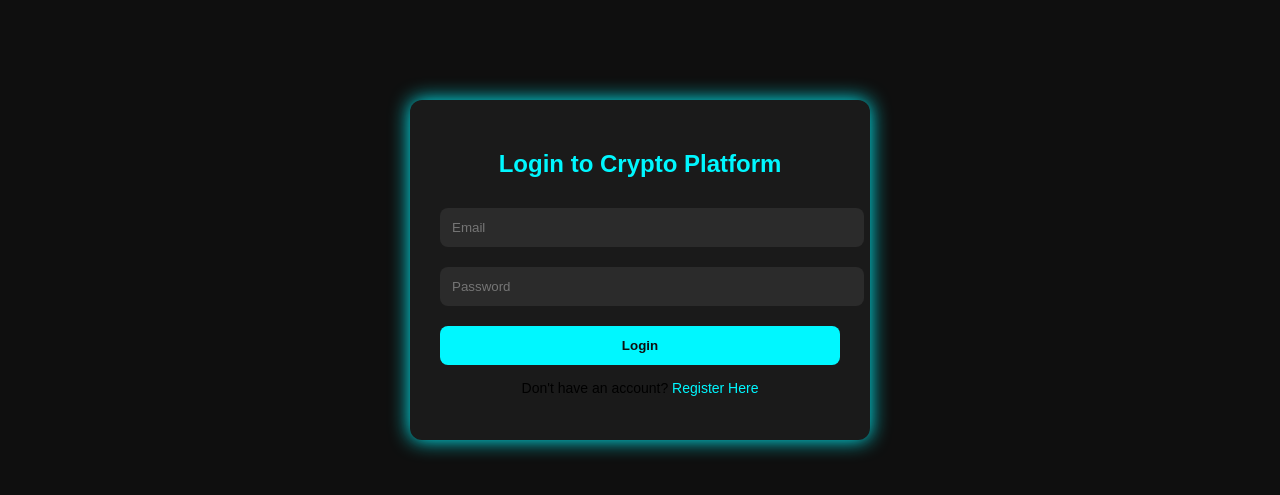
Repository: fredericIT/cypto
Page: http://localhost/auth/login?next=%2Fdash%2F
An editor plug-in stored every save of this project. The page is shown before and after the next save, followed by the edit.
The browser window is 1280 px wide. The pictures show the whole page.
The page is served by the project's application, run on Flask 3 (app.py). Other server files are loaded and not shown.

Above is the page before, as saved 2025-04-23 21:04:51.

### templates/login.html
<!DOCTYPE html>
<html lang="en">
<head>
    <meta charset="UTF-8">
    <meta name="viewport" content="width=device-width, initial-scale=1.0">
    <title>Crypto Platform - Login</title>
    <link rel="stylesheet" href="{{ url_for('static', filename='css/style.css') }}">
</head>
<body class="bg-dark text-light">
    <div class="login-container">
        <h2 class="title">Login to Crypto Platform</h2>
         <!-- FLASH MESSAGES -->
         {% with messages = get_flashed_messages(with_categories=true) %}
         {% if messages %}
           <div class="flash-messages">
             {% for category, message in messages %}
               <div class="alert alert-{{ category }}">
                 {{ message }}
               </div>
             {% endfor %}
           </div>
         {% endif %}
       {% endwith %}
        <form method="POST" class="login-form">
            <input type="email" name="email" placeholder="Email" required>
            <input type="password" name="password" placeholder="Password" required>
            <button type="submit">Login</button>
        </form>
        <p class="register-link">Don't have an account? <a href="{{ url_for('auth.register') }}">Register Here</a></p>
    </div>
</body>
</html>

### blueprints/auth.py
from flask import Blueprint, redirect,url_for,render_template, request, session,flash
from db.models import User,Account,BNBWallet,BTCWallet,USDTWallet, ETHWallet

from db import db
from  error_handler.db import handle_sqlalchemy_error
from flask_login import login_user, logout_user, login_required, current_user
import bcrypt
from generators.wallet_address import *
from app_types import *

auth_bprt= Blueprint("auth",__name__, url_prefix="/auth")


@auth_bprt.route("/", methods=["GET", "POST"])
def auth():
   return redirect(url_for('auth.login'))

@auth_bprt.route("/register",methods=["GET","POST"])
@handle_sqlalchemy_error(redirect_url="auth.register")
def register():
    if request.method == 'POST':
        hashed_pwd=bcrypt.hashpw(request.form['password'].encode(), bcrypt.gensalt()).decode()
        user = User(
            full_name=request.form['full_name'],
            email=request.form["email"],
            password = hashed_pwd,
            withdraw_password = request.form['withdraw_password']
        )
        db.session.add(user)
        db.session.flush()

        account = Account(user_id=user.id, account_status='active', ETH=100, BTC=100, BNB=100, USDT=100)
        btc_d_address, btc_d_private_key = generate_btc_address()
        btc_w_address, btc_w_private_key = generate_btc_address()
        eth_d_address, eth_d_private_key = generate_eth_address()
        eth_w_address, eth_w_private_key = generate_eth_address()
        bnb_d_address, bnb_d_private_key = generate_bnb_address()
        bnb_w_address, bnb_w_private_key = generate_bnb_address()
        tron_d_usdt_address, tron_d_private_key = generate_tron_address()
        tron_w_usdt_address, tron_w_private_key = generate_tron_address()

        BTC_address = BTCWallet(
            user_id=user.id,
            deposit=btc_d_address,
            withdraw=btc_w_address,
            deposit_key=btc_d_private_key,
            withdraw_key=btc_w_private_key
        )

        BNB_address = BNBWallet(
            user_id=user.id,
            deposit=bnb_d_address,
            withdraw=bnb_w_address,
            deposit_key=bnb_d_private_key,
            withdraw_key=bnb_w_private_key
        )

        USDT_address = USDTWallet(
            user_id=user.id,
            deposit=tron_d_usdt_address,
            withdraw=tron_w_usdt_address,
            deposit_key=tron_d_private_key,
            withdraw_key=tron_w_private_key
        )

        ETH_address = ETHWallet(
            user_id=user.id,
            deposit=eth_d_address,
            withdraw=eth_w_address,
            deposit_key=eth_d_private_key,
            withdraw_key=eth_w_private_key
        )

        db.session.add_all([account,BTC_address, BNB_address, USDT_address, ETH_address])
        db.session.commit()


        flash('Account creation done successfully!', 'success')
        return redirect(url_for("auth.login"))
    return render_template('register.html')



@auth_bprt.route("/login", methods=["GET", "POST"])
def login():
    if request.method == 'POST':
        email = request.form['email']
        password = request.form['password']
        user = User.query.filter_by(email=email).first()

        if user and bcrypt.checkpw(password.encode(), user.password.encode()):
            login_user(user)
            flash('Logged in successfully.', 'success')
            next_page = request.args.get('next')
            if next_page:
                return redirect(next_page)
            else:
                return redirect(url_for('dash.dashboard'))
        else:
            flash('Invalid credentials.', 'danger')

    return render_template('login.html')




@auth_bprt.route('/logout')
def logout():
    logout_user()
    flash('You have been logged out.', 'info')
    return redirect(url_for('auth.login'))

### app.py
from flask import Flask, redirect, url_for
from db import db
from blueprints.auth import auth_bprt
from blueprints.dashboard import dash_bprt
from blueprints.account import account_bprt
from blueprints.trading import trading_bprt
from blueprints.user import user_bprt
from blueprints.admin import admin_bprt
from db.models import *
from flask_migrate import Migrate
from flask_login import LoginManager



app = Flask(__name__)
app.config.from_object("config.Config")
db.init_app(app)
migrate = Migrate(app, db)
login_manager = LoginManager()
login_manager.init_app(app)
login_manager.login_view = "auth.login"
login_manager.login_message = "Login Required to access this resource."
login_manager.login_message_category = "warning"
app.register_blueprint(auth_bprt)
app.register_blueprint(dash_bprt)
app.register_blueprint(account_bprt)
app.register_blueprint(trading_bprt)
app.register_blueprint(user_bprt)
app.register_blueprint(admin_bprt)


@login_manager.user_loader
def load_user(user_id):
    return User.query.get(int(user_id))

@app.route('/')
def home():
    return redirect(url_for('auth.login'))

if __name__ == '__main__':
    with app.app_context():
        db.create_all()
    app.run(debug=True)

### static/css/style.css
body.bg-dark {
    background-color: #0f0f0f;
    font-family: 'Poppins', sans-serif;
}

.register-container {
    max-width: 400px;
    margin: 100px auto;
    padding: 30px;
    background: #1a1a1a;
    border-radius: 12px;
    box-shadow: 0 0 20px #00f7ff;
}

.title {
    text-align: center;
    margin-bottom: 20px;
    color: #00f7ff;
}

.register-form input {
    width: 100%;
    padding: 12px;
    margin: 10px 0;
    background: #2b2b2b;
    border: none;
    border-radius: 8px;
    color: #fff;
}

.register-form button {
    width: 100%;
    padding: 12px;
    background: #00f7ff;
    color: #0f0f0f;
    font-weight: bold;
    border: none;
    border-radius: 8px;
    margin-top: 10px;
    cursor: pointer;
}

.register-form button:hover {
    background: #00d1d1;
}

.login-link {
    text-align: center;
    margin-top: 15px;
    font-size: 14px;
}

.login-link a {
    color: #00f7ff;
    text-decoration: none;
}

.login-container {
    max-width: 400px;
    margin: 100px auto;
    padding: 30px;
    background: #1a1a1a;
    border-radius: 12px;
    box-shadow: 0 0 20px #00f7ff;
}

.login-form input {
    width: 100%;
    padding: 12px;
    margin: 10px 0;
    background: #2b2b2b;
    border: none;
    border-radius: 8px;
    color: #fff;
}

.login-form button {
    width: 100%;
    padding: 12px;
    background: #00f7ff;
    color: #0f0f0f;
    font-weight: bold;
    border: none;
    border-radius: 8px;
    margin-top: 10px;
    cursor: pointer;
}

.login-form button:hover {
    background: #00d1d1;
}

.register-link {
    text-align: center;
    margin-top: 15px;
    font-size: 14px;
}

.register-link a {
    color: #00f7ff;
    text-decoration: none;
}
  /* Flash message styles */
  .flash-messages {
    margin-bottom: 20px;
}

.alert {
    padding: 12px 20px;
    border-radius: 5px;
    margin-bottom: 10px;
    font-weight: bold;
}

.alert-success {
    background-color: #28a745;
    color: white;
}

.alert-danger {
    background-color: #dc3545;
    color: white;
}

.alert-warning {
    background-color: #ffc107;
    color: black;
}

.alert-info {
    background-color: #17a2b8;
    color: white;
}

/* Optional close button */
.alert .close-btn {
    float: right;
    cursor: pointer;
    font-weight: bold;
    margin-left: 10px;
}

After the next save:
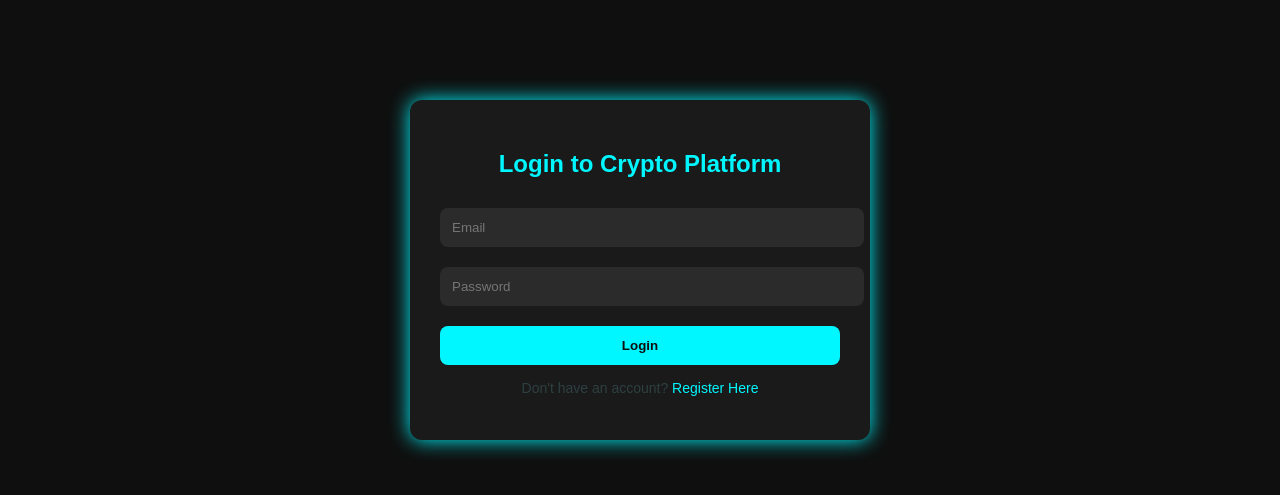
Saved 73 min 1 s later.
--- a/static/css/style.css
+++ b/static/css/style.css
@@ -94,6 +94,7 @@ body.bg-dark {
     text-align: center;
     margin-top: 15px;
     font-size: 14px;
+    color: #2e4041;
 }
 
 .register-link a {
